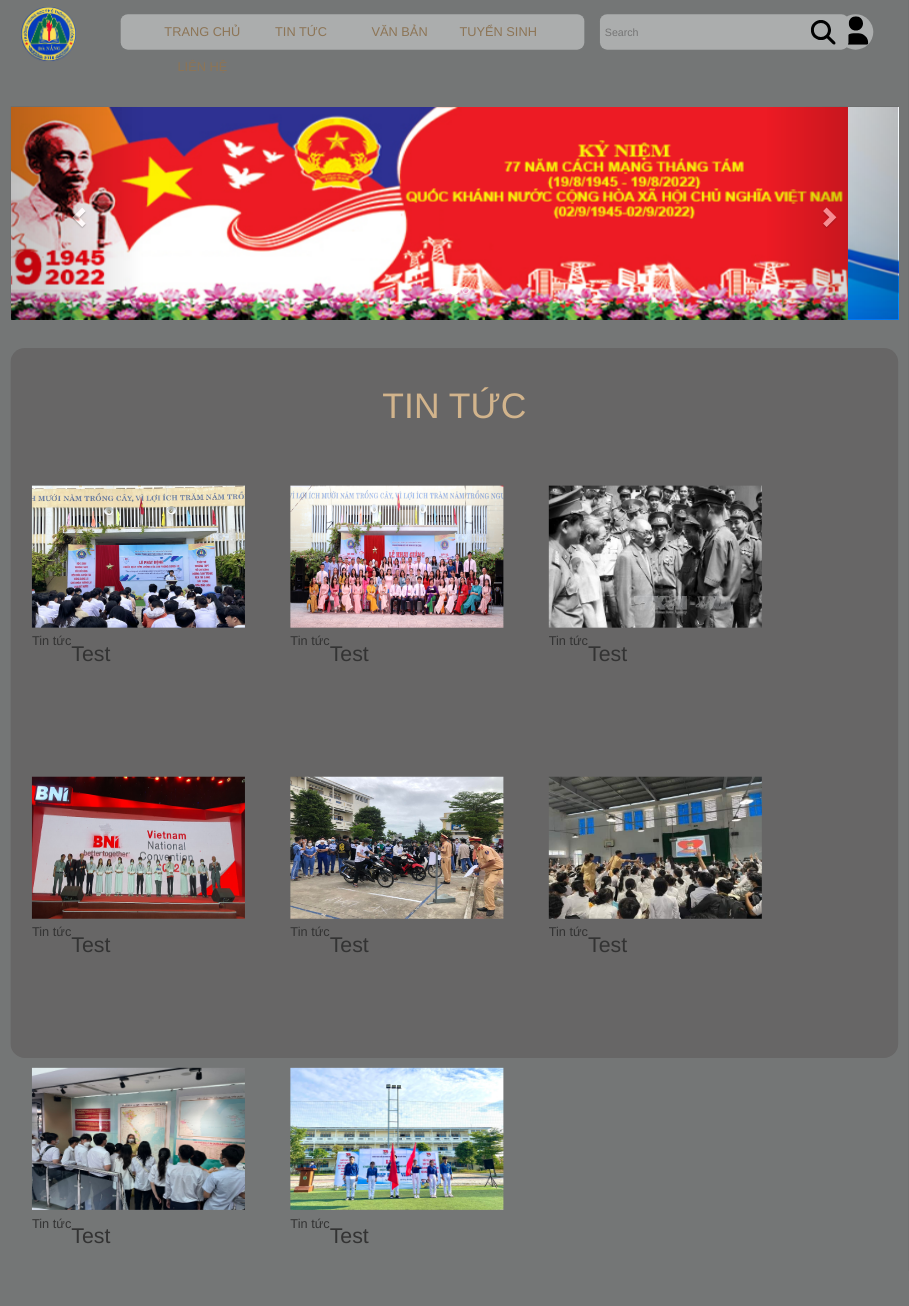
Repository: dphasst17/THPTVCC
Page: index.html
An editor plug-in stored every save of this project. The page is shown before and after the next save, followed by the edit.
The browser window is 1280 px wide. The pictures show the whole page, at 71% of full size.

Above is the page before, as saved 2022-10-02 20:54:32.

After the next save:
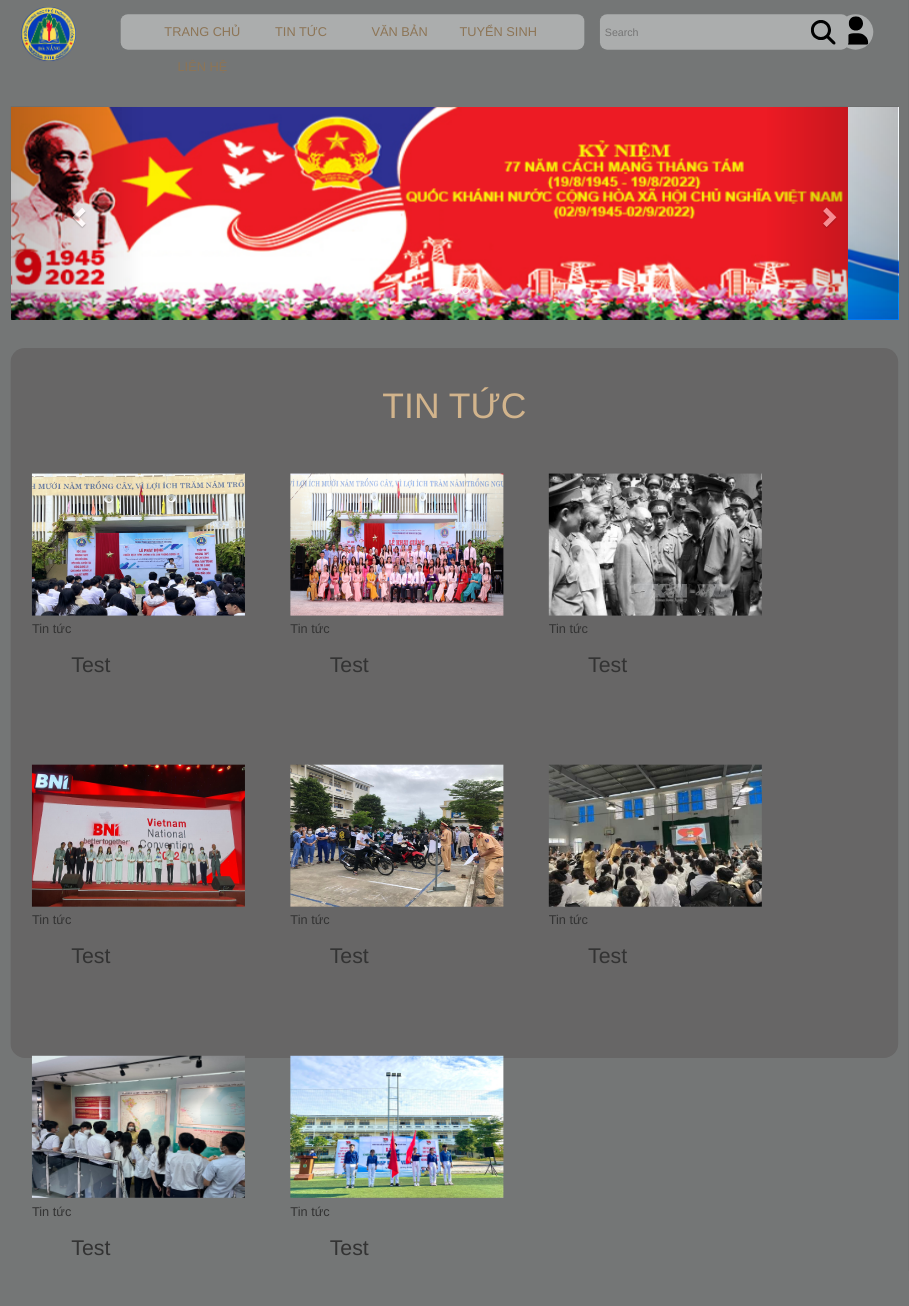
Saved 10 s later.
--- a/index.html
+++ b/index.html
@@ -81,50 +81,50 @@
             <h1><br/>TIN TỨC</h1>
             <div class="new_container">
                 <img src="img/tintuc/1.jpg" alt="">
-                <h4>Tin tức<br/></h4>
-                <h2>Test</h2>
+                <h4>Tin tức</h4>
+                <h2><br/>Test</h2>
             </div>
 
             <div class="new_container">
                 <img src="img/tintuc/2.jpg" alt="">
-                <h4>Tin tức<br/></h4>
-                <h2>Test</h2>
+                <h4>Tin tức</h4>
+                <h2><br/>Test</h2>
             </div>
 
             <div class="new_container">
                 <img src="img/tintuc/3.jpg" alt="">
-                <h4>Tin tức<br/></h4>
-                <h2>Test</h2>
+                <h4>Tin tức</h4>
+                <h2><br/>Test</h2>
             </div>
 
             <div class="new_container">
                 <img src="img/tintuc/5.jpg" alt="">
-                <h4>Tin tức<br/></h4>
-                <h2>Test</h2>
+                <h4>Tin tức</h4>
+                <h2><br/>Test</h2>
             </div>
 
             <div class="new_container">
                 <img src="img/tintuc/4.jpg" alt="">
-                <h4>Tin tức<br/></h4>
-                <h2>Test</h2>
+                <h4>Tin tức</h4>
+                <h2><br/>Test</h2>
             </div>
 
             <div class="new_container">
                 <img src="img/tintuc/6.jpg" alt="">
-                <h4>Tin tức<br/></h4>
-                <h2>Test</h2>
+                <h4>Tin tức</h4>
+                <h2><br/>Test</h2>
             </div>
 
             <div class="new_container">
                 <img src="img/tintuc/7.jpg" alt="">
-                <h4>Tin tức<br/></h4>
-                <h2>Test</h2>
+                <h4>Tin tức</h4>
+                <h2><br/>Test</h2>
             </div>
 
             <div class="new_container">
                 <img src="img/tintuc/8.jpg" alt="">
-                <h4>Tin tức<br/></h4>
-                <h2>Test</h2>
+                <h4>Tin tức</h4>
+                <h2><br/>Test</h2>
             </div>
 
         </div>
